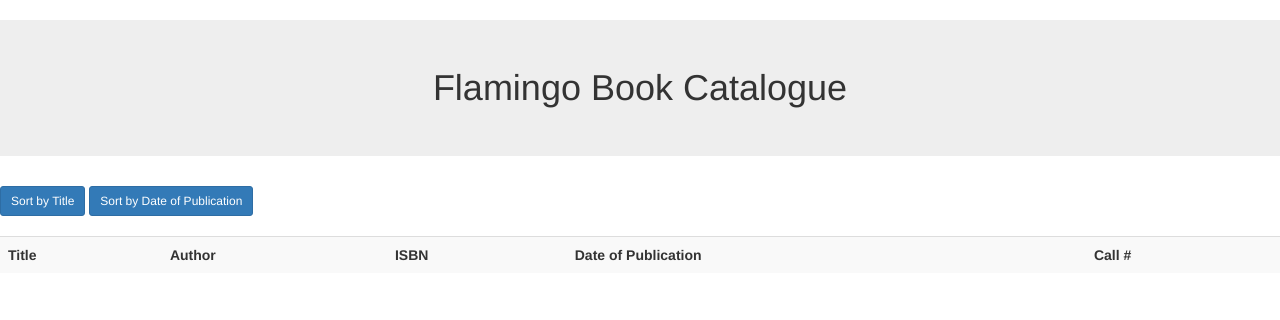
Repository: avega15/Library-Database
Page: http://localhost/main
An editor plug-in stored every save of this project. The page is shown before and after the next save, followed by the edit.
The browser window is 1280 px wide. The pictures show the whole page.
The page is this project's Thymeleaf template; nobody is signed in. The template is opened directly, without the code that normally fills it, so the values that code supplies are empty.

Above is the page before, as saved 2021-04-22 23:01:08.

After the next save:
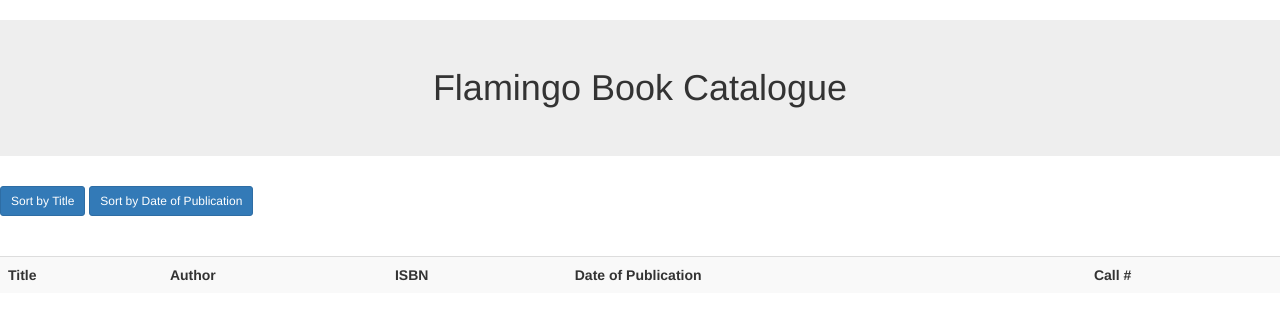
Saved 22 h 4 min later.
--- a/demo/src/main/resources/templates/main.html
+++ b/demo/src/main/resources/templates/main.html
@@ -15,12 +15,13 @@
 <body>
 	<h1 class="jumbotron" style="text-align: center">Flamingo Book
 		Catalogue</h1>
-
+	<form action = "<c:url value='/test' />" method="GET">
 	<button class="btn btn-primary btn-sm"
 		onclick="window.location.href='titleSort'">Sort by Title</button>
 	<button class="btn btn-primary btn-sm"
 		onclick="window.location.href='dateSort'">Sort by Date of
 		Publication</button>
+	</form>
 	<br/>
 	<br/>
 
